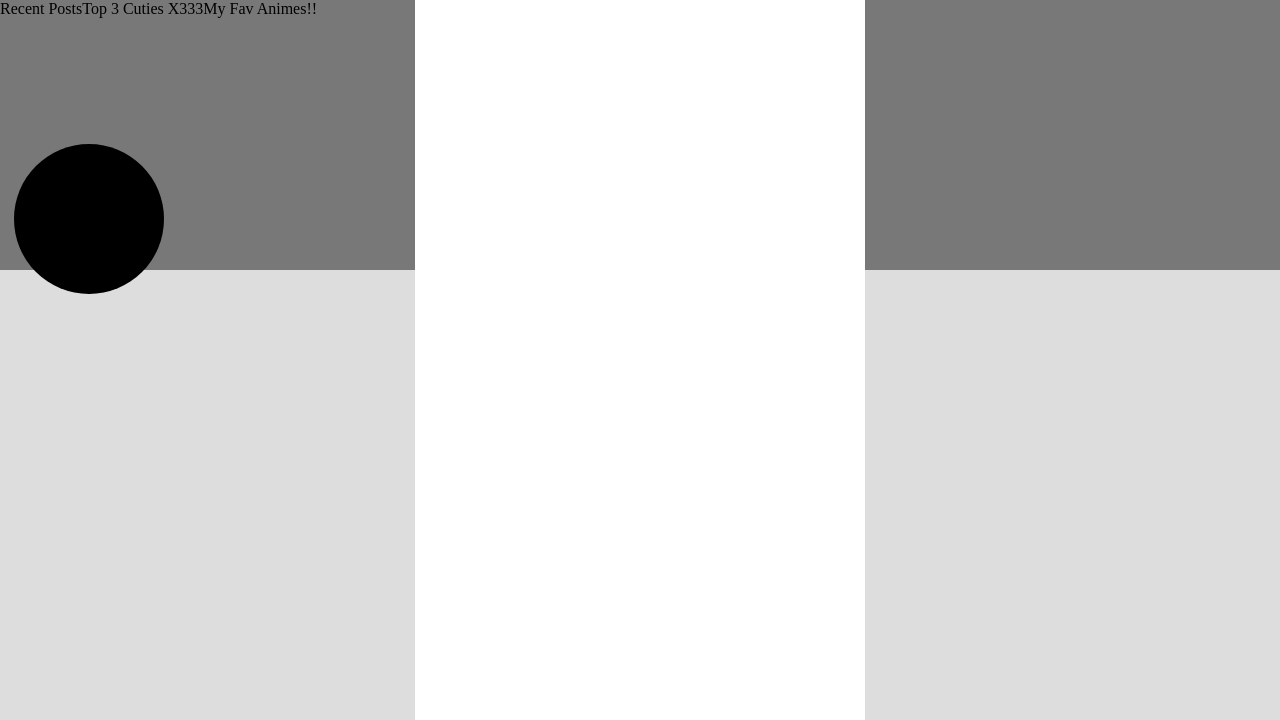
Repository: Jennica1/Frontend-Final
Page: index.html
These files come from the project's save history. The page is drawn as it stood at one moment and after the next save; the edit follows.
The browser window is 1280 px wide. The pictures show the whole page.

Above is the page before, as saved 2024-05-09 21:17:22.

### index.html
<!DOCTYPE html>
<html lang="en">

<head>
  <title>My Blog!!</title>
  <meta charset="UTF-8">
  <meta name="viewport" content="width=device-width, initial-scale=1">
  <link rel="stylesheet" href="style.css">

<body>

  <div class="sidebar-wrapper">
    <!--Side Nav Left-->
    <div class="sidebar-left">
      <img src="images/Ellipse 1.svg" class="profile" width="150px" />
      <img src="images/Rectangle 2.svg" class="background-photo" />
    </div>

      <!-- Header -->
  <header class="header">
    <li class="content-list">
      <p>Recent Posts</p>
      <p>Top 3 Cuties X333</p>
      <p>My Fav Animes!!</p>
    </li>
  </header>

    <!--Side Nav Right-->
    <div class="sidebar-right">
      <img src="images/Rectangle 2.svg" class="background-photo" />
    </div>
  </div>



    <!-- Photo grid -->
    <div class="">
      <div class="w3-third">
        <img src="" style="width:100%" onclick="onClick(this)" alt="">
        <img src="" style="width:100%" onclick="onClick(this)" alt="">
        <img src="" style="width:100%" onclick="onClick(this)" alt="">
      </div>


    <!-- Pagination -->
    <div class="">
      <div class="">
        <a href="#" class="">«</a>
        <a href="#" class="">1</a>
        <a href="#" class="">2</a>
        <a href="#" class="">3</a>
        <a href="#" class="">4</a>
        <a href="#" class="">»</a>
      </div>
    </div>


        <!-- Footer -->
        </footer>

        <div class="w3-black w3-center w3-padding-24">Powered by <a href="https://www.w3schools.com/w3css/default.asp"
            title="W3.CSS" target="_blank" class="w3-hover-opacity">w3.css</a></div>

        <!-- End page content -->
      </div>

</body>

</html>

### style.css
* {
  margin: 0;
  padding: 0;
}

.sidebar-wrapper {
  display: flex;
  width: 100%;
}

.sidebar-left {
  width: 415px;
  height: 1980px;
  background-color: rgb(221, 221, 221);
  z-index: 0;
  position: fixed;
  left: 0;
  top: 0;
}

.profile {
  z-index: 1;
  position: absolute;
  margin-top: 20vh;
  margin-left: 2vh;
}

.background-photo {
  z-index: 0;
  position: absolute;
}

.header {
  position: fixed;
  top: 0;
  display: flex;
  justify-content: center;
  align-items: center;
  text-align: center;
}

.content-list {
  display: flex;

}
.sidebar-right {
  width: 415px;
  height: 1980px;
  background-color: rgb(221, 221, 221);
  z-index: 0;
  right: 0;
  position: fixed;
  right: 0;
  top: 0;
}

After the next save:
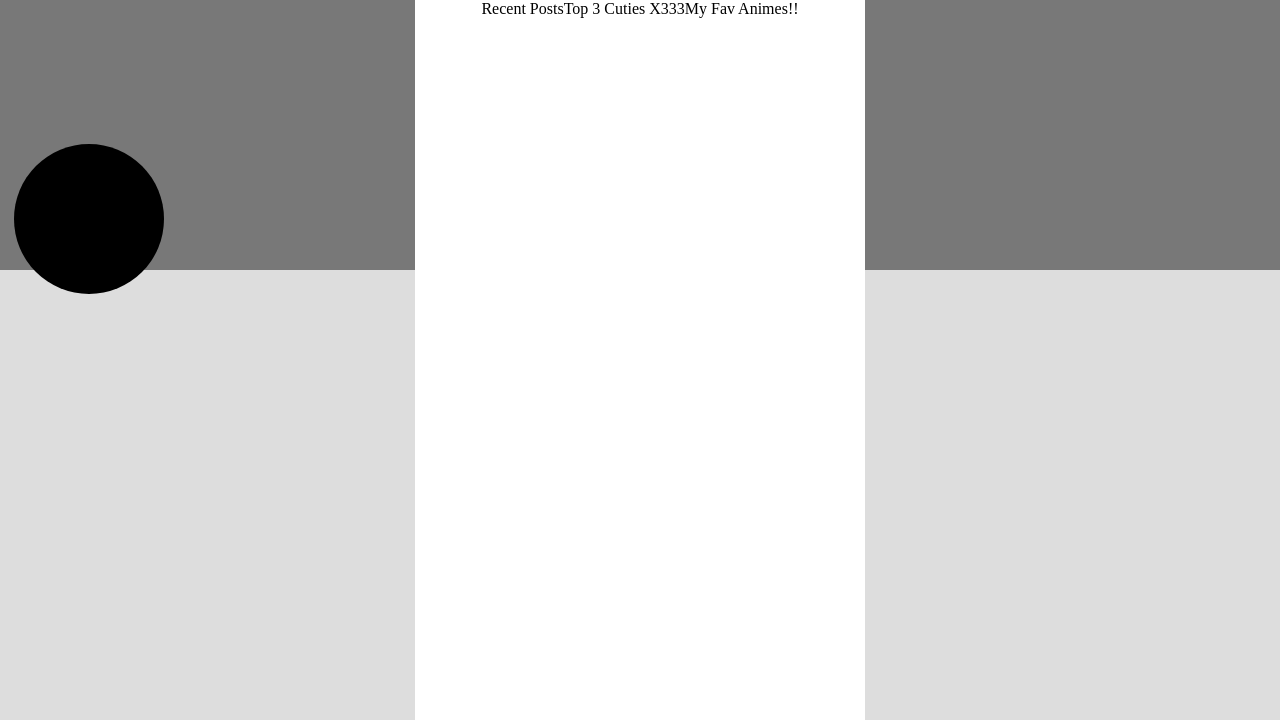
Saved 11 s later.
--- a/style.css
+++ b/style.css
@@ -6,6 +6,7 @@
 .sidebar-wrapper {
   display: flex;
   width: 100%;
+  justify-content: center;
 }
 
 .sidebar-left {
@@ -34,9 +35,6 @@
   position: fixed;
   top: 0;
   display: flex;
-  justify-content: center;
-  align-items: center;
-  text-align: center;
 }
 
 .content-list {
